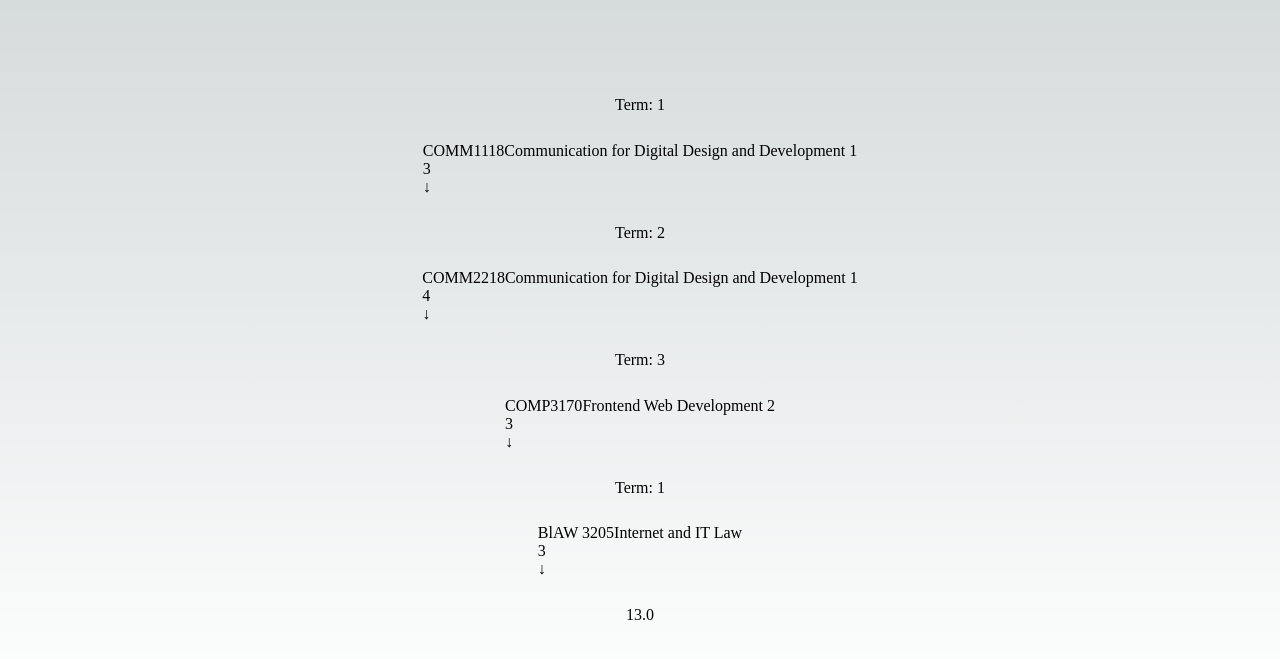
Repository: sierralaurent/MDIA2109-EnvVar
Page: /
These files come from the project's save history. The page is drawn as it stood at one moment and after the next save; the edit follows.
The browser window is 1280 px wide. The pictures show the whole page.
The project was rebuilt for these pictures with package versions that can differ from the ones it lists, and the page was loaded fresh each time. The framework's server and built-in components were replaced by stand-ins that run in the browser. Also part of the build but not shown: next.config.js.

Above is the page before, as saved 2023-03-27 14:11:50.

After the next save:
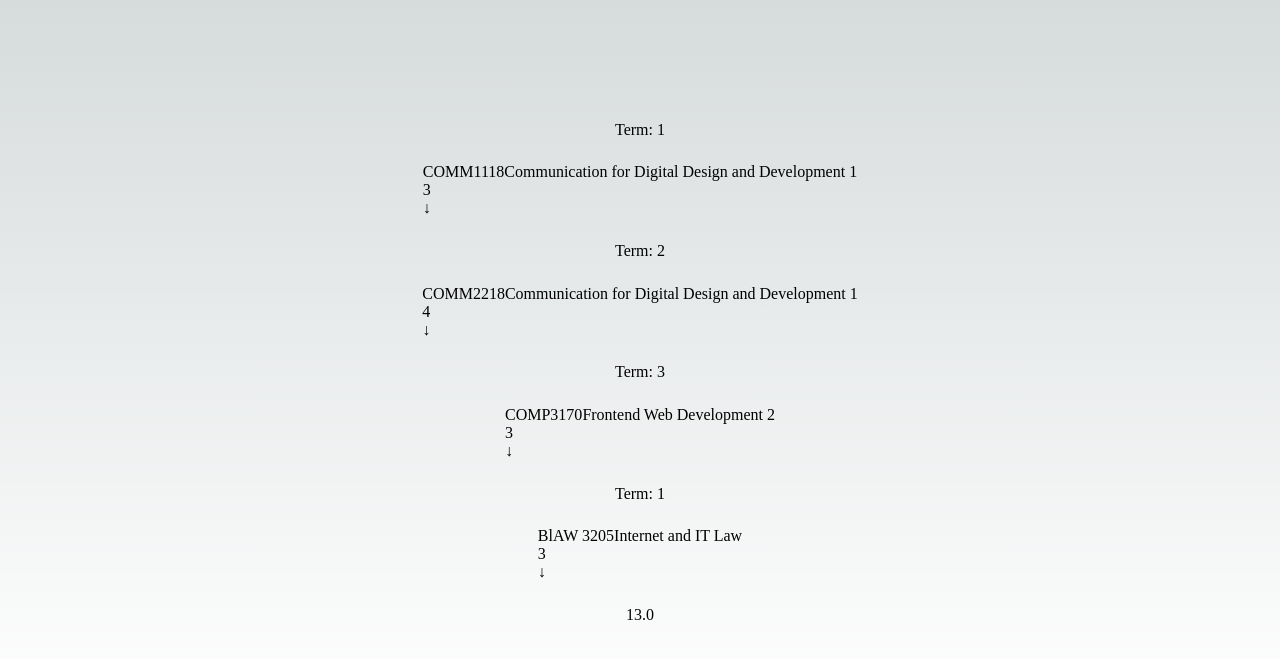
Saved 7 min 4 s later.
--- a/pages/index.js
+++ b/pages/index.js
@@ -8,6 +8,8 @@ export default function Home() {
 
 const [totalCredits, setTotalCredits] = useState(0);
 const [data, setData] = useState([...matrix.courses]);
+
+var title = process.env.NEXT_PUBLIC_TITLE;
 
 useEffect(() => {
   var x =0;
@@ -28,7 +30,7 @@ useEffect(() => {
         <link rel="icon" href="/favicon.ico" />
       </Head>
       <main className={styles.main}>
-
+        <h1>{title}</h1>
         {
           data && data.map((info, index) => {
             return(
